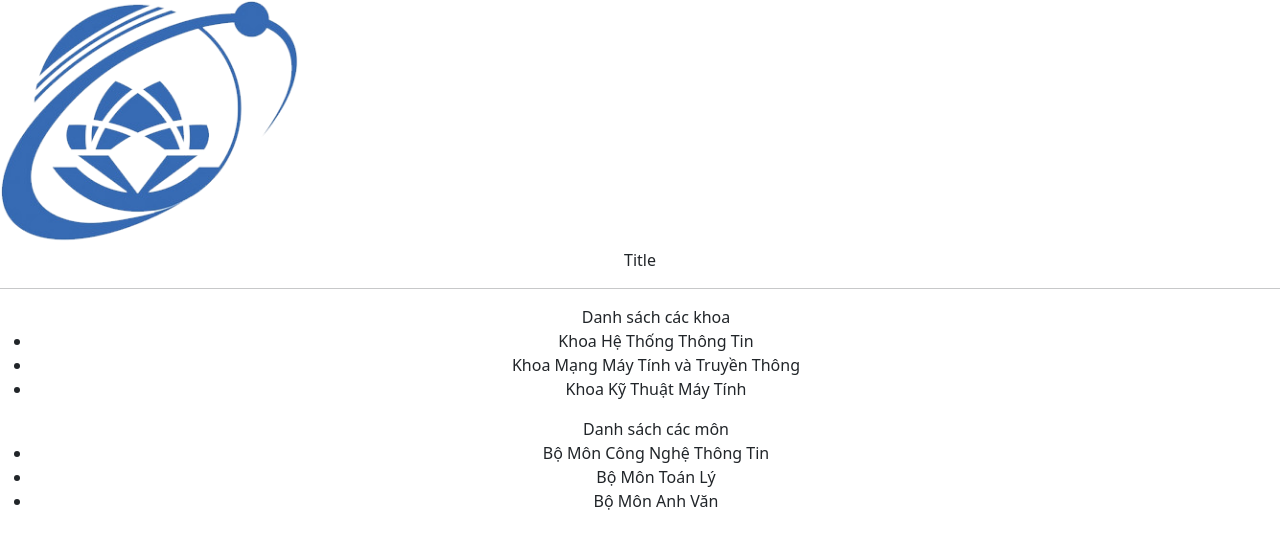
Repository: hoapham2k2/bai_tap_thuc_hanh_is207.n12
Page: index.html
An editor plug-in stored every save of this project. The page is shown before and after the next save, followed by the edit.
The browser window is 1280 px wide. The pictures show the whole page.

Above is the page before, as saved 2022-09-19 08:52:18.

After the next save:
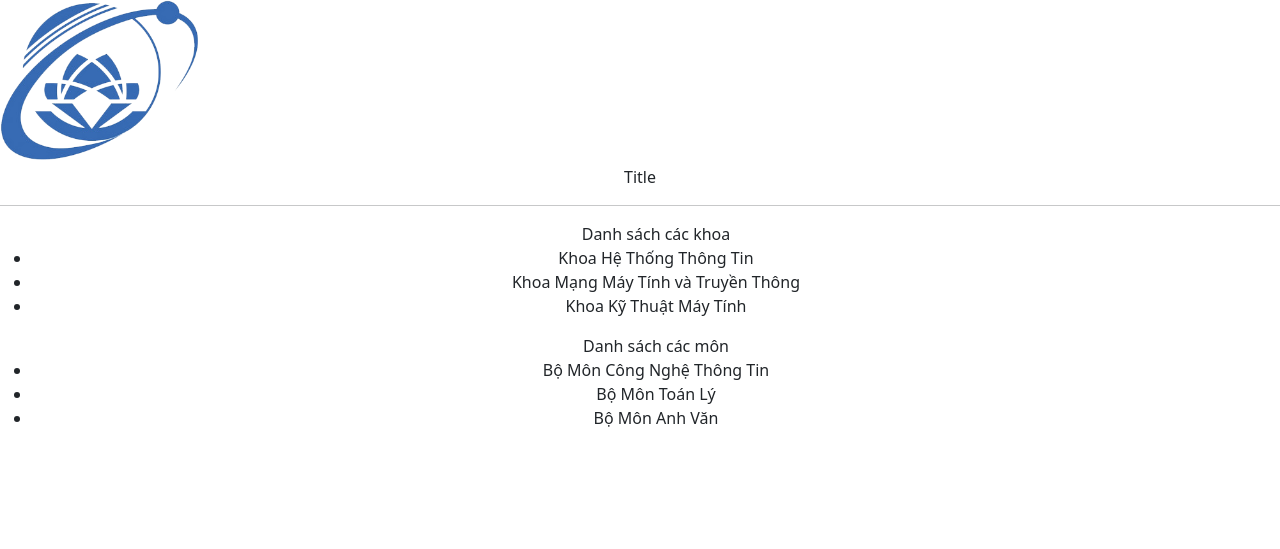
Saved 4 s later.
--- a/index.html
+++ b/index.html
@@ -79,7 +79,7 @@
     <div class="wrapper text-center">
         <div class="wrapper_header">
             <div class="wrapper_header_logo">
-                <img src="./assets/img/logo-uit.png" alt="anh_logo_uit" width="300px">
+                <img src="./assets/img/logo-uit.png" alt="anh_logo_uit" width="200px">
             </div>
             <div class="wrapper_header_title">Title</div>
         </div>
